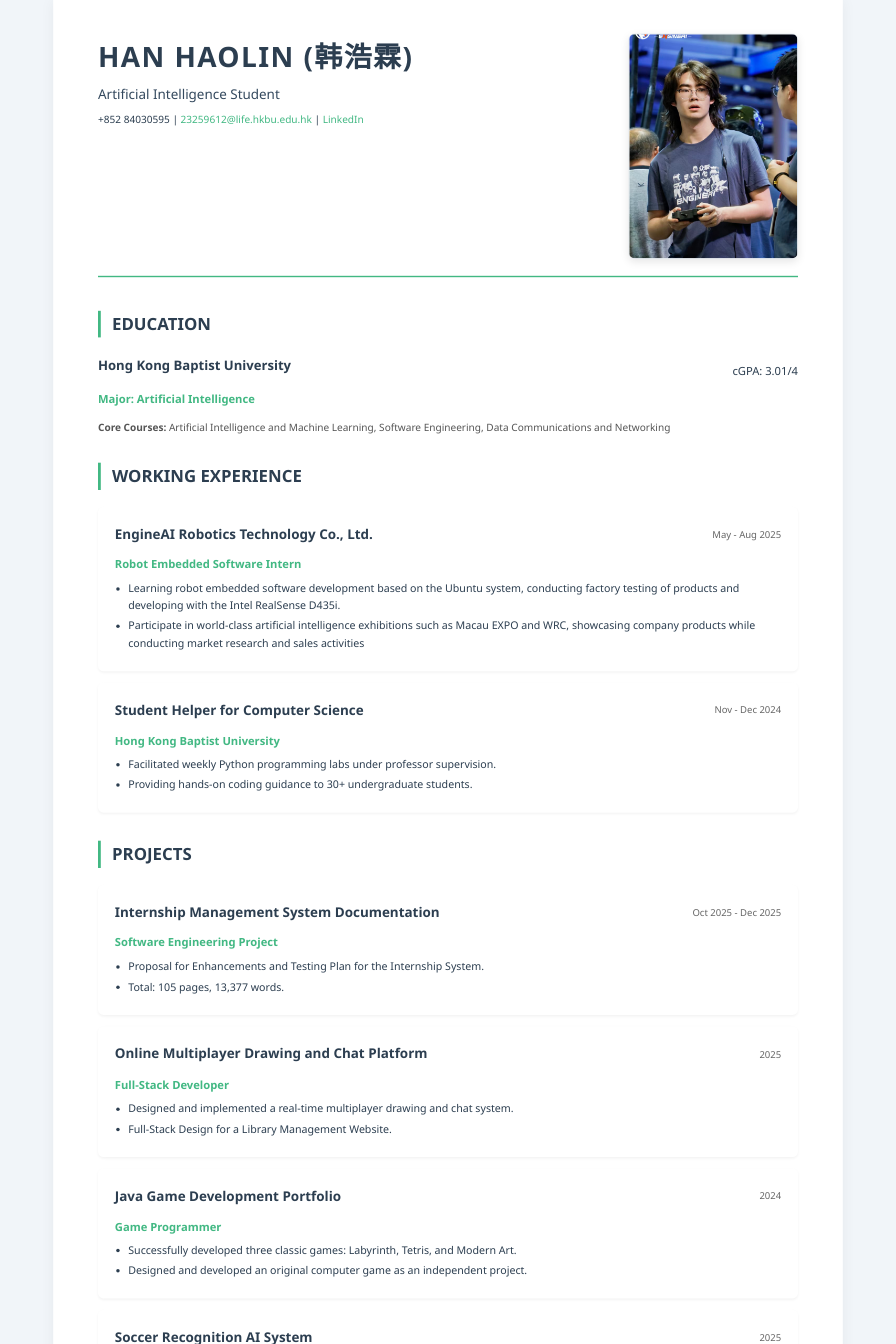
Repository: hhl2802149944-afk/hhl2802149944-afk.github.io
Page: /
These files come from the project's save history. The page is drawn as it stood at one moment and after the next save; the edit follows.
The browser window is 1280 px wide. The pictures show the part of the page from y = 0 to 1920 px (the page is 3103 px tall before and 1033 px after), at 70% of full size.
The project was rebuilt for these pictures with package versions that can differ from the ones it lists, and the page was loaded fresh each time. Also part of the build but not shown: vite.config.js.

Above is the page before, as saved 2026-01-19 15:23:02.

### index.html
<!DOCTYPE html>
<html lang="en">
  <head>
    <meta charset="UTF-8">
    <link rel="icon" href="/favicon.ico">
    <meta name="viewport" content="width=device-width, initial-scale=1.0">
    <title>Han Haolin - Resume</title>
  </head>
  <body>
    <div id="app"></div>
    <script type="module" src="/src/main.js"></script>
  </body>
</html>

### src/App.vue
<script setup>
import { RouterView } from 'vue-router'
</script>

<template>
  <RouterView />
</template>

<style>
/* Global styles can go here */
</style>

### src/assets/main.css
:root {
  --primary-color: #2c3e50;
  --secondary-color: #34495e;
  --accent-color: #42b883;
  --text-color: #2c3e50;
  --light-text: #64748b;
  --bg-color: #f1f5f9;
  --card-bg: #ffffff;
  --border-color: #e2e8f0;
}

body {
  margin: 0;
  font-family: 'Segoe UI', Roboto, Helvetica, Arial, sans-serif;
  background-color: var(--bg-color);
  color: var(--text-color);
  line-height: 1.6;
}

#app {
  max-width: 1000px;
  margin: 0 auto;
  min-height: 100vh;
  background-color: white;
  box-shadow: 0 0 20px rgba(0,0,0,0.05);
  padding: 3rem 4rem;
}

h1, h2, h3, h4 {
  color: var(--primary-color);
  margin-top: 0;
}

a {
  color: var(--accent-color);
  text-decoration: none;
  transition: color 0.2s;
}

a:hover {
  color: var(--secondary-color);
  text-decoration: underline;
}

@media (max-width: 768px) {
  #app {
    padding: 2rem;
  }
}

@media (max-width: 480px) {
  #app {
    padding: 1rem;
  }
}

### src/views/HomeView.vue
<script setup>
import ResumeHeader from '../components/ResumeHeader.vue'
import ResumeSection from '../components/ResumeSection.vue'
import ProjectCard from '../components/ProjectCard.vue'

const resumeData = {
  name: "Han Haolin (韩浩霖)",
  title: "Artificial Intelligence Student",
  contact: {
    phone: "+852 84030595",
    email: "23259612@life.hkbu.edu.hk",
    linkedin: "https://linkedin.com/in/HaolinHAN"
  },
  education: {
    school: "Hong Kong Baptist University",
    major: "Artificial Intelligence",
    gpa: "3.01/4",
    courses: ["Artificial Intelligence and Machine Learning", "Software Engineering", "Data Communications and Networking"]
  },
  experience: [
    {
      name: "EngineAI Robotics Technology Co., Ltd.",
      date: "May - Aug 2025",
      role: "Robot Embedded Software Intern",
      details: [
        "Learning robot embedded software development based on the Ubuntu system, conducting factory testing of products and developing with the Intel RealSense D435i.",
        "Participate in world-class artificial intelligence exhibitions such as Macau EXPO and WRC, showcasing company products while conducting market research and sales activities"
      ]
    },
    {
      name: "Student Helper for Computer Science",
      date: "Nov - Dec 2024",
      role: "Hong Kong Baptist University",
      details: [
        "Facilitated weekly Python programming labs under professor supervision.",
        "Providing hands-on coding guidance to 30+ undergraduate students."
      ]
    }
  ],
  projects: [
    {
      name: "Internship Management System Documentation",
      date: "Oct 2025 - Dec 2025",
      role: "Software Engineering Project",
      details: [
        "Proposal for Enhancements and Testing Plan for the Internship System.",
        "Total: 105 pages, 13,377 words."
      ]
    },
    {
      name: "Online Multiplayer Drawing and Chat Platform",
      date: "2025",
      role: "Full-Stack Developer",
      details: [
        "Designed and implemented a real-time multiplayer drawing and chat system.",
        "Full-Stack Design for a Library Management Website."
      ]
    },
    {
      name: "Java Game Development Portfolio",
      date: "2024",
      role: "Game Programmer",
      details: [
        "Successfully developed three classic games: Labyrinth, Tetris, and Modern Art.",
        "Designed and developed an original computer game as an independent project."
      ]
    },
    {
      name: "Soccer Recognition AI System",
      date: "2025",
      role: "AI Developer",
      details: [
        "Developed an autonomous model for identifying and tracking players and the ball in soccer footage.",
        "Implemented computer vision algorithms to process real-time sports video data."
      ]
    }
  ],
  extracurricular: [
    {
      name: "Internal Vice President",
      date: "Apr 2024 - Apr 2025",
      role: "HKBU Chinese Students and Scholars Association",
      details: [
        "Communicated with executive board members, organized team building, and improved cohesion.",
        "Organised a two-week orientation programme for 300 new mainland students.",
        "Managed a total of 13 events during the year."
      ]
    },
    {
      name: "ROBOCON 2025，HKBU",
      date: "Dec 2024 - Jan 2025",
      role: "Mechanical Design and Programming Engineer",
      details: [
        "Mechanical designer for the HKBU team in the 2025 Robocon robotics competition.",
        "Assisted with site identification and programming of AI autonomous task modules."
      ]
    }
  ],
  skills: {
    programming: ["Python", "Java", "Javascript", "HTML", "Markdown"],
    ai_tech: ["CNN", "RNN", "GAN", "Ubuntu"],
    publicity: ["Canva", "WeChat Public", "Capcut"]
  },
  languages: [
    { name: "Mandarin", level: "Native" },
    { name: "English", level: "Fluent" },
    { name: "Cantonese", level: "Basic" }
  ]
}
</script>

<template>
  <main class="resume-container">
    <ResumeHeader
      :name="resumeData.name"
      :title="resumeData.title"
      :contact="resumeData.contact"
    />

    <ResumeSection title="Education">
      <div class="education-item">
        <div class="edu-header">
          <h3>{{ resumeData.education.school }}</h3>
          <span class="gpa">cGPA: {{ resumeData.education.gpa }}</span>
        </div>
        <p class="major">Major: {{ resumeData.education.major }}</p>
        <p class="courses"><strong>Core Courses:</strong> {{ resumeData.education.courses.join(', ') }}</p>
      </div>
    </ResumeSection>

    <ResumeSection title="Working Experience">
      <ProjectCard
        v-for="(exp, index) in resumeData.experience"
        :key="index"
        :project="exp"
      />
    </ResumeSection>

    <ResumeSection title="Projects">
      <ProjectCard
        v-for="(proj, index) in resumeData.projects"
        :key="index"
        :project="proj"
      />
    </ResumeSection>

    <ResumeSection title="Extracurricular Activity">
      <ProjectCard
        v-for="(item, index) in resumeData.extracurricular"
        :key="index"
        :project="item"
      />
    </ResumeSection>

    <div class="skills-lang-grid">
      <ResumeSection title="Skills">
        <div class="skills-grid">
          <div class="skill-category">
            <h4>Programming</h4>
            <div class="skill-tags">
              <span v-for="skill in resumeData.skills.programming" :key="skill" class="tag">{{ skill }}</span>
            </div>
          </div>
          <div class="skill-category">
            <h4>AI & Tools</h4>
            <div class="skill-tags">
              <span v-for="skill in resumeData.skills.ai_tech" :key="skill" class="tag">{{ skill }}</span>
            </div>
          </div>
          <div class="skill-category">
            <h4>Publicity & Design</h4>
            <div class="skill-tags">
              <span v-for="skill in resumeData.skills.publicity" :key="skill" class="tag">{{ skill }}</span>
            </div>
          </div>
        </div>
      </ResumeSection>

      <ResumeSection title="Languages">
        <div class="lang-list">
          <div v-for="lang in resumeData.languages" :key="lang.name" class="lang-item">
            <span class="lang-name">{{ lang.name }}</span>
            <span class="lang-level">{{ lang.level }}</span>
          </div>
        </div>
      </ResumeSection>
    </div>
  </main>
</template>

<style scoped>
.resume-container {
  padding-bottom: 50px;
}

.education-item {
  margin-bottom: 1.5rem;
}

.edu-header {
  display: flex;
  justify-content: space-between;
  align-items: center;
}

.major {
  font-weight: bold;
  color: var(--accent-color);
  margin: 0.2rem 0;
}

.courses {
  font-size: 0.9rem;
  color: #555;
}

.skills-lang-grid {
  display: grid;
  grid-template-columns: 2fr 1fr;
  gap: 2rem;
}

.skills-grid {
  display: flex;
  flex-direction: column;
  gap: 1.5rem;
}

.skill-category h4 {
  margin-bottom: 1rem;
  color: var(--secondary-color);
  border-bottom: 1px solid #ddd;
  padding-bottom: 0.3rem;
  font-size: 1rem;
}

.skill-tags {
  display: flex;
  flex-wrap: wrap;
  gap: 0.5rem;
}

.tag {
  background: #eef2f7;
  padding: 0.3rem 0.8rem;
  border-radius: 15px;
  font-size: 0.85rem;
  color: var(--primary-color);
}

.lang-list {
  display: flex;
  flex-direction: column;
  gap: 0.8rem;
}

.lang-item {
  display: flex;
  justify-content: space-between;
  padding: 0.5rem;
  background: white;
  border-radius: 4px;
  border-left: 3px solid var(--accent-color);
  box-shadow: 0 1px 3px rgba(0,0,0,0.05);
}

.lang-name {
  font-weight: bold;
}

.lang-level {
  color: #666;
  font-size: 0.9rem;
}

@media (max-width: 768px) {
  .skills-lang-grid {
    grid-template-columns: 1fr;
  }
}
</style>

### src/components/ResumeHeader.vue
<script setup>
defineProps({
  name: String,
  title: String,
  contact: Object
})

const imageUrl = '/assets/HAN Haolin.jpg'
</script>

<template>
  <header class="resume-header">
    <div class="header-content">
      <div class="text-info">
        <h1>{{ name }}</h1>
        <p class="subtitle">{{ title }}</p>
        <div class="contact-info">
          <span>{{ contact.phone }}</span> |
          <a :href="'mailto:' + contact.email">{{ contact.email }}</a> |
          <a :href="contact.linkedin" target="_blank">LinkedIn</a>
        </div>
      </div>
      <div class="profile-pic-container">
        <img :src="imageUrl" alt="Han Haolin" class="profile-pic">
      </div>
    </div>
  </header>
</template>

<style scoped>
.resume-header {
  margin-bottom: 3rem;
  border-bottom: 2px solid var(--accent-color);
  padding-bottom: 1.5rem;
}

.header-content {
  display: flex;
  justify-content: space-between;
  align-items: flex-start; /* Align to top instead of center for larger pics */
}

.text-info {
  flex: 1;
}

h1 {
  margin: 0;
  font-size: 2.5rem;
  text-transform: uppercase;
  letter-spacing: 2px;
}

.subtitle {
  font-size: 1.2rem;
  color: var(--secondary-color);
  margin: 0.5rem 0;
}

.contact-info {
  font-size: 0.9rem;
}

.profile-pic-container {
  width: 240px; /* Doubled from 120px */
  height: 320px; /* 4:3 Aspect Ratio (240 / 3 * 4) */
  border-radius: 8px;
  overflow: hidden;
  position: relative;
  background: #f8f9fa;
  margin-left: 30px;
  box-shadow: 0 4px 12px rgba(0,0,0,0.1);
  border: 1px solid var(--border-color);
}

.profile-pic {
  width: 100%;
  height: 100%;
  object-fit: cover;
}

@media (max-width: 768px) {
  .header-content {
    flex-direction: column-reverse;
    text-align: center;
    align-items: center;
  }
  .profile-pic-container {
    margin-left: 0;
    margin-bottom: 1.5rem;
    width: 200px;
    height: 266px;
  }
}
</style>

### src/components/ResumeSection.vue
<script setup>
defineProps({
  title: String
})
</script>

<template>
  <section class="resume-section">
    <h2>{{ title }}</h2>
    <div class="section-content">
      <slot></slot>
    </div>
  </section>
</template>

<style scoped>
.resume-section {
  margin-bottom: 2.5rem;
}

h2 {
  font-size: 1.5rem;
  border-left: 4px solid var(--accent-color);
  padding-left: 1rem;
  margin-bottom: 1.5rem;
  text-transform: uppercase;
}
</style>

### src/components/ProjectCard.vue
<script setup>
defineProps({
  project: Object
})
</script>

<template>
  <div class="project-card">
    <div class="project-header">
      <h3>{{ project.name }}</h3>
      <span class="date">{{ project.date }}</span>
    </div>
    <p class="role" v-if="project.role">{{ project.role }}</p>
    <ul class="details">
      <li v-for="(detail, index) in project.details" :key="index">
        {{ detail }}
      </li>
    </ul>
  </div>
</template>

<style scoped>
.project-card {
  background: var(--card-bg);
  padding: 1.5rem;
  border-radius: 8px;
  box-shadow: 0 2px 4px rgba(0,0,0,0.05);
  margin-bottom: 1rem;
}

.project-header {
  display: flex;
  justify-content: space-between;
  align-items: center;
  margin-bottom: 0.5rem;
}

h3 {
  margin: 0;
  font-size: 1.2rem;
}

.date {
  font-size: 0.85rem;
  color: #666;
}

.role {
  font-weight: bold;
  color: var(--accent-color);
  margin-bottom: 0.5rem;
}

.details {
  margin: 0;
  padding-left: 1.2rem;
  font-size: 0.95rem;
}

.details li {
  margin-bottom: 0.3rem;
}
</style>

Loaded but not shown: src/main.js (common file); src/router/index.js (common file)

After the next save:
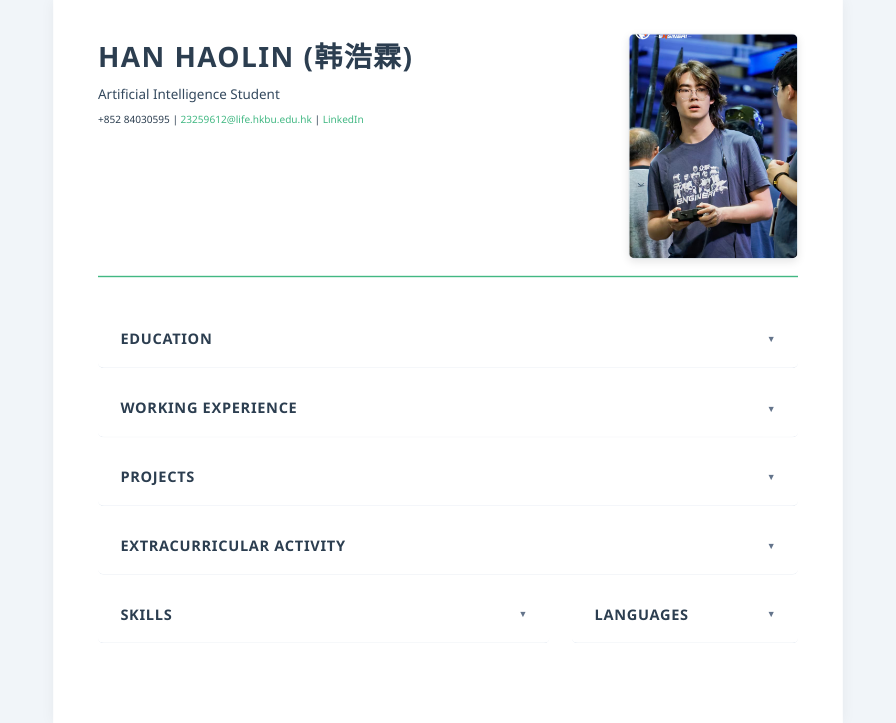
Saved 13 s later.
--- a/src/components/ResumeSection.vue
+++ b/src/components/ResumeSection.vue
@@ -1,28 +1,79 @@
 <script setup>
+import { ref } from 'vue'
+
 defineProps({
-  title: String
+  title: String,
+  id: String
 })
+
+const isOpen = ref(false)
 </script>
 
 <template>
-  <section class="resume-section">
-    <h2>{{ title }}</h2>
-    <div class="section-content">
-      <slot></slot>
+  <section :id="id" class="resume-section">
+    <div class="section-header" @click="isOpen = !isOpen">
+      <h2>{{ title }}</h2>
+      <span class="toggle-icon" :class="{ 'is-open': isOpen }">▼</span>
     </div>
+    <transition name="fade">
+      <div v-if="isOpen" class="section-content">
+        <slot></slot>
+      </div>
+    </transition>
   </section>
 </template>
 
 <style scoped>
 .resume-section {
-  margin-bottom: 2.5rem;
+  margin-bottom: 1rem;
+  background: white;
+  border-radius: 8px;
+  overflow: hidden;
+  border-bottom: 1px solid var(--border-color);
+}
+
+.section-header {
+  padding: 1.5rem 2rem;
+  display: flex;
+  justify-content: space-between;
+  align-items: center;
+  cursor: pointer;
+  background: #fff;
+  transition: background 0.3s;
+}
+
+.section-header:hover {
+  background: #fcfcfc;
 }
 
 h2 {
-  font-size: 1.5rem;
-  border-left: 4px solid var(--accent-color);
-  padding-left: 1rem;
-  margin-bottom: 1.5rem;
+  font-size: 1.3rem;
+  margin: 0;
   text-transform: uppercase;
+  letter-spacing: 1px;
+  color: var(--primary-color);
+}
+
+.toggle-icon {
+  font-size: 0.8rem;
+  transition: transform 0.3s;
+  color: var(--light-text);
+}
+
+.toggle-icon.is-open {
+  transform: rotate(180deg);
+}
+
+.section-content {
+  padding: 0 2rem 2rem 2rem;
+}
+
+.fade-enter-active, .fade-leave-active {
+  transition: opacity 0.3s ease, transform 0.3s ease;
+}
+
+.fade-enter-from, .fade-leave-to {
+  opacity: 0;
+  transform: translateY(-10px);
 }
 </style>
